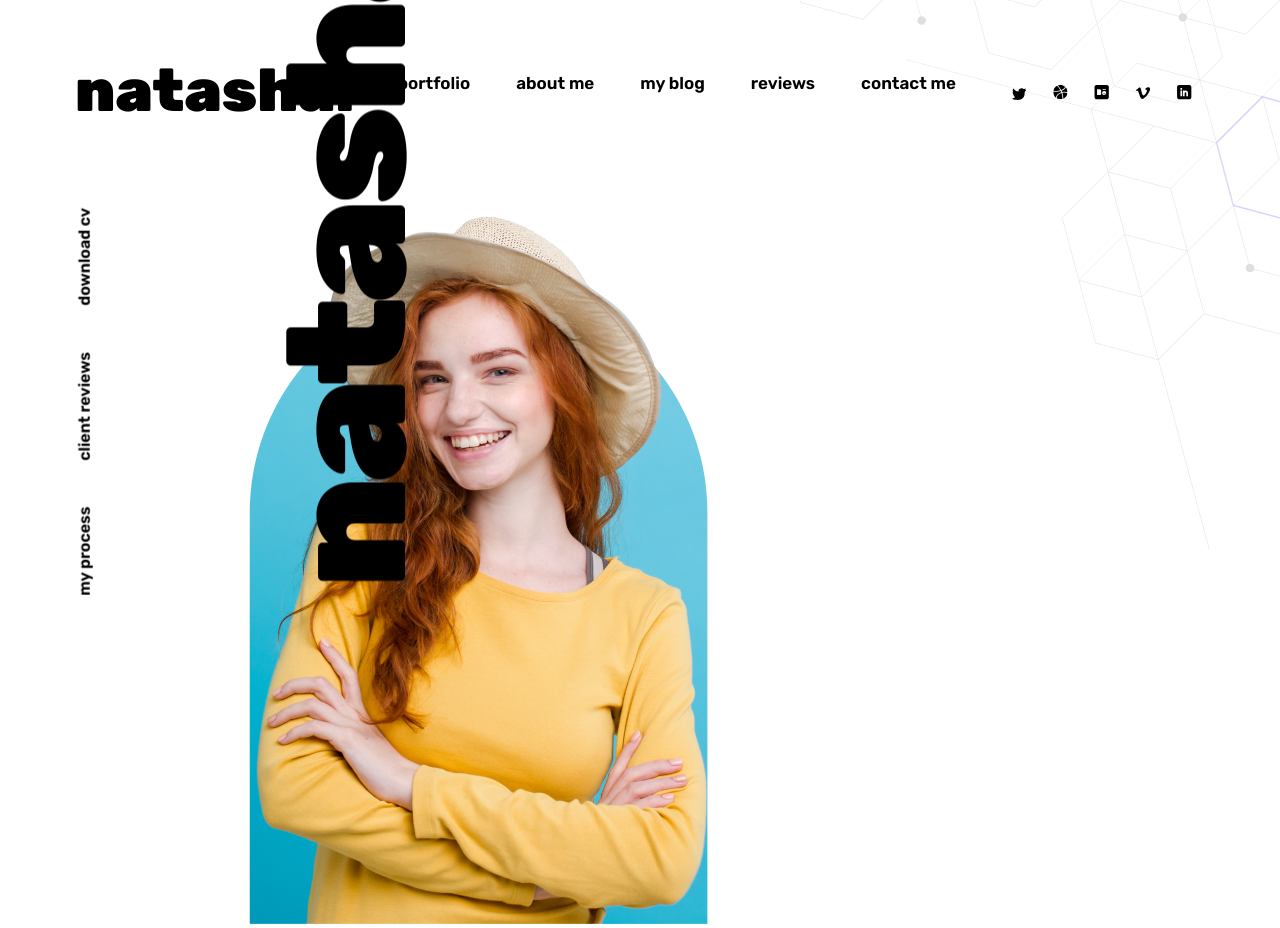
Repository: BuduCE/landing-page
Page: natasha-lp/index.html
An editor plug-in stored every save of this project. The page is shown before and after the next save, followed by the edit.
The browser window is 1280 px wide. The pictures show the whole page.

Above is the page before, as saved 2022-03-04 22:05:23.

### natasha-lp/index.html
<!DOCTYPE html>
<html lang="en">

<head>
    <meta charset="UTF-8">
    <meta http-equiv="X-UA-Compatible" content="IE=edge">
    <meta name="viewport" content="width=device-width, initial-scale=1.0">
    <title>Natasha</title>

    <!--CSS-->
    <link rel="stylesheet" href="./assets/css/style.css">

    <!--Google Font-->
    <link rel="preconnect" href="https://fonts.googleapis.com">
    <link rel="preconnect" href="https://fonts.gstatic.com" crossorigin>
    <link href="https://fonts.googleapis.com/css2?family=Rubik:ital,wght@0,600;0,900;1,400&display=swap" rel="stylesheet">
</head>

<body>
    <!--Navbar menu-->
    <header>
        <div class="logo">
            <h1>natasha.</h1>
        </div>

        <nav class='nav_text'>
            <li><a href="#">portfolio</a></li>
            <li><a href="#">about me</a></li>
            <li><a href="#">my blog</a></li>
            <li><a href="#">reviews</a></li>
            <li><a href="#">contact me</a></li>
        </nav>

        <nav class='nav_icon'>
            <li><a href="">
                <svg width="15" height="12" viewBox="0 0 15 12" fill="none"
                        xmlns="http://www.w3.org/2000/svg">
                        <path
                            d="M5.32379 11.9894C4.70669 11.9894 4.07153 11.9394 3.43255 11.8393C2.30713 11.6627 1.16788 11.074 0.845509 10.8977L0 10.4354L0.915405 10.1344C1.91606 9.80538 2.52477 9.60125 3.27828 9.28159C2.52379 8.91621 1.9423 8.25895 1.66238 7.4093L1.44943 6.76281L1.62406 6.78948C1.45846 6.62258 1.32771 6.45317 1.22635 6.29911C0.865868 5.75159 0.675013 5.08256 0.715623 4.50923L0.755688 3.94494L1.09352 4.07581C0.951007 3.80667 0.848013 3.51925 0.787479 3.21799C0.639956 2.48331 0.763418 1.7028 1.13522 1.02027L1.4295 0.480042L1.82308 0.952771C3.06783 2.44804 4.64442 3.33503 6.51562 3.5947C6.43919 3.06786 6.49646 2.55942 6.68601 2.10367C6.90669 1.57302 7.29929 1.12305 7.82101 0.802307C8.40043 0.446182 9.1031 0.273618 9.79956 0.316405C10.5385 0.361805 11.2094 0.638671 11.7422 1.11761C12.0024 1.04999 12.1941 0.977812 12.4532 0.880261C12.6091 0.821578 12.7859 0.754948 13.0072 0.678736L13.8224 0.397842L13.2908 1.91619C13.3259 1.91325 13.362 1.91075 13.3998 1.90912L14.2703 1.8697L13.7558 2.57292C13.7263 2.6132 13.7188 2.62463 13.7083 2.64042C13.6668 2.70291 13.6152 2.78065 12.909 3.72371C12.7322 3.95986 12.6439 4.26742 12.6603 4.58991C12.7229 5.81539 12.5726 6.92416 12.2132 7.88529C11.8733 8.7946 11.3465 9.57479 10.6478 10.2042C9.78312 10.9829 8.68056 11.516 7.3706 11.7886C6.72803 11.9223 6.03799 11.9894 5.32379 11.9894Z"
                            fill="black" />
                    </svg>
                </a></li>
            <li><a href="">
                <svg width="15" height="15" viewBox="0 0 15 15" fill="none" xmlns="http://www.w3.org/2000/svg">
                <g clip-path="url(#clip0_1_411)">
                <path d="M11.2078 3.20502C11.6444 2.71846 11.8989 2.20904 11.9882 1.68612C10.7537 0.65237 9.16565 0 7.43325 0C6.53875 0 5.68572 0.173109 4.89661 0.475995C6.218 1.7999 7.32307 3.36746 8.18742 5.05957C9.46102 4.59904 10.5225 3.96898 11.2078 3.20502Z" fill="black"/>
                <path d="M11.83 3.76354C11.063 4.61842 9.92291 5.31369 8.56079 5.81897C8.73009 6.19023 8.88567 6.56921 9.0321 6.9531C9.73162 6.80264 10.4566 6.71706 11.196 6.71706C12.3599 6.71706 13.4907 6.91456 14.5334 7.27754C14.5344 7.22975 14.5406 7.18326 14.5406 7.13514C14.5406 5.29463 13.8314 3.6207 12.6795 2.35712C12.5095 2.84683 12.2274 3.32076 11.83 3.76354Z" fill="black"/>
                <path d="M0.433258 5.63324C1.32199 5.79034 2.30664 5.88092 3.25254 5.88092C4.71885 5.88092 6.12734 5.67276 7.38266 5.31522C6.51766 3.65326 5.40562 2.1237 4.07834 0.844543C2.27202 1.81602 0.878333 3.57389 0.433258 5.63324Z" fill="black"/>
                <path d="M14.4613 8.13842C13.4527 7.75878 12.3426 7.55322 11.196 7.55322C10.5532 7.55322 9.92193 7.62062 9.31311 7.74364C9.93119 9.59722 10.2888 11.6007 10.3499 13.6372C12.5243 12.6535 14.1138 10.5815 14.4613 8.13842Z" fill="black"/>
                <path d="M0.270294 7.13516C0.270294 9.33397 1.33018 11.3302 2.9034 12.6348C3.07009 11.5259 3.57003 10.435 4.3843 9.522C5.35284 8.43609 6.69688 7.62292 8.21893 7.15879C8.07729 6.79341 7.92258 6.43522 7.75927 6.08203C6.39922 6.48541 4.86737 6.71709 3.25256 6.71709C2.26464 6.71709 1.23655 6.6227 0.304589 6.45895C0.283468 6.68182 0.270294 6.90697 0.270294 7.13516V7.13516Z" fill="black"/>
                <path d="M5.00854 10.0784C4.18601 11.0008 3.74039 12.0826 3.68323 13.1893C4.77338 13.87 6.05602 14.2703 7.43327 14.2703C8.15738 14.2703 8.85603 14.1601 9.51482 13.9579C9.48281 11.8762 9.13333 9.82941 8.49794 7.94547C7.10708 8.36256 5.88367 9.09713 5.00854 10.0784Z" fill="black"/>
                </g>
                <defs>
                <clipPath id="clip0_1_411">
                <rect width="14.2703" height="14.2703" fill="white" transform="translate(0.270264)"/>
                </clipPath>
                </defs>
                </svg>
                </a></li>
            <li><a href="">
                <svg width="15" height="15" viewBox="0 0 15 15" fill="none" xmlns="http://www.w3.org/2000/svg">
                <path d="M12.6926 0H2.6309C1.47836 0 0.540527 0.937837 0.540527 2.09037V12.1799C0.540527 13.3324 1.47836 14.2703 2.6309 14.2703H12.6926C13.8451 14.2703 14.8108 13.3324 14.8108 12.1799V2.09037C14.8108 0.937837 13.8451 0 12.6926 0ZM8.51181 4.20861H11.8564V5.04476H8.51181V4.20861ZM7.25759 8.38936C7.25759 9.31163 6.50756 10.0617 5.58529 10.0617H3.07684V4.20861H5.58529C6.50756 4.20861 7.25759 4.95864 7.25759 5.88091C7.25759 6.38282 7.03091 6.82844 6.6798 7.13514C7.03091 7.44183 7.25759 7.88745 7.25759 8.38936ZM12.2745 8.38936H9.00131C9.17398 8.87602 9.63909 9.22551 10.1841 9.22551C10.6304 9.22551 11.0468 8.98501 11.2709 8.59796L11.9943 9.0169C11.6217 9.66111 10.9279 10.0617 10.1841 10.0617C9.03157 10.0617 8.09374 9.12382 8.09374 7.97128C8.09374 6.81875 9.03157 5.88091 10.1841 5.88091C11.3366 5.88091 12.2745 6.81875 12.2745 7.97128V8.38936Z" fill="black"/>
                </svg></a></li>
            <li><a href="">
                <svg width="16" height="13" viewBox="0 0 16 13" fill="none" xmlns="http://www.w3.org/2000/svg">
                    <path d="M0.810791 3.15084L1.0048 3.873L1.0195 3.86318C1.41515 3.6005 1.72805 3.39302 2.0796 3.39302C2.39371 3.39302 2.69431 3.5621 2.91815 3.89514C4.13612 5.70587 5.07809 12.0026 7.35725 12.0026C9.60669 12.0026 15.256 5.13731 15.0769 2.03947C14.9879 0.500584 13.8877 0.27063 13.2396 0.27063C11.9917 0.27063 10.7478 1.04274 10.12 2.51945C11.1915 2.34731 11.9507 2.94903 11.8691 4.05103C11.7748 5.30269 9.6792 8.53689 8.70402 8.53689C7.03695 8.53689 6.25698 2.90496 5.69922 1.19536C5.55953 0.76861 5.15561 0.503421 4.64434 0.503421C4.28136 0.503421 3.90563 0.642942 3.58587 0.896678C2.84912 1.48095 2.098 2.08201 1.36899 2.6881L0.810791 3.15084Z" fill="black"/>
                    </svg>
            </a></li>
            <li><a href="">
                <svg width="15" height="15" viewBox="0 0 15 15" fill="none" xmlns="http://www.w3.org/2000/svg">
                    <path d="M12.261 0H2.17143C1.01889 0 0.0810547 0.937837 0.0810547 2.09037V12.1799C0.0810547 13.3324 1.01889 14.2703 2.17143 14.2703H12.261C13.4135 14.2703 14.3513 13.3324 14.3513 12.1799V2.09037C14.3513 0.937837 13.4135 0 12.261 0ZM5.12582 11.3159H3.45352V5.46284H5.12582V11.3159ZM5.12582 4.62669H3.45352V2.95439H5.12582V4.62669ZM10.9789 11.3159H9.30656V7.97128C9.30656 7.51031 8.93138 7.13514 8.47041 7.13514C8.00944 7.13514 7.63426 7.51031 7.63426 7.97128V11.3159H5.96197V5.46284H7.63426V5.77803C8.07237 5.64183 8.35697 5.46284 8.88849 5.46284C10.0226 5.46404 10.9789 6.48146 10.9789 7.68386V11.3159Z" fill="black"/>
                    </svg>
            </a></li>
        </nav>
    </header>

    <nav class="side_nav">
        <li><a href="">my process</a></li>
        <li><a href="">client reviews</a></li>
        <li><a href="">download cv</a></li>
    </nav>

    <main class="container">
        <section>
            <div class="natasha_img">
                <h1>natasha</h1>
                <img src="/natasha-lp/assets/images/natasha.png" alt="">
            </div>
            <div></div>
        </section>
    </main>
</body>

</html>

### natasha-lp/assets/css/style.css
/*Reset*/
* {
    margin: 0;
    padding: 0;
    box-sizing: border-box;
}

body {
    font-family: 'Rubik', sans-serif;
    background: url(/natasha-lp/assets/images/bg.png);
    background-repeat: no-repeat;
    background-position: top right;
    position: relative;
}

a {
    text-decoration: none;
}

li {
    list-style: none;
}

header {
    display: flex;
    justify-content: space-between;
    padding: 4.5rem 4.688rem;
    padding-bottom: 5.875px;
}

.logo {
    font-weight: 900;
    font-size: 1.875rem;
    line-height: 2.375rem;
}

.nav_text,.nav_icon {
    display: flex;
}

.nav_text li {
    padding: 0 1.438rem;
    padding-bottom: 0.438rem;
}

.nav_text li:hover {
    border-bottom: 0.125rem solid #000000;
}

.nav_text li a {
    color: black;
    font-weight: 400;
    font-size: 1.063rem;
    line-height: 1.375rem;
}

.nav_icon li {
    padding: 0.813rem;
}

.container {
    margin-top: 5.875rem;
}

.side_nav {
    position: fixed;
    bottom: 6.313rem;
    left: 0;
    display: flex;
    writing-mode: vertical-rl;
    transform: rotate(180deg);
}

.side_nav li {
    padding: 1.438rem 4.65rem;
}

.side_nav li a {
    color: #000000;
}

.container section {
    margin-left: 15.563rem;
}

.natasha_img {
    position: relative;
}
.natasha_img h1 {
    left: 15.138rem;
    bottom: 8.25rem;
    position: fixed;
    writing-mode: vertical-rl;
    transform: rotate(180deg);
    font-weight: 900;
    font-size: 10.452rem;
    line-height: 13.25rem;
    letter-spacing: -0.4rem;
}

After the next save:
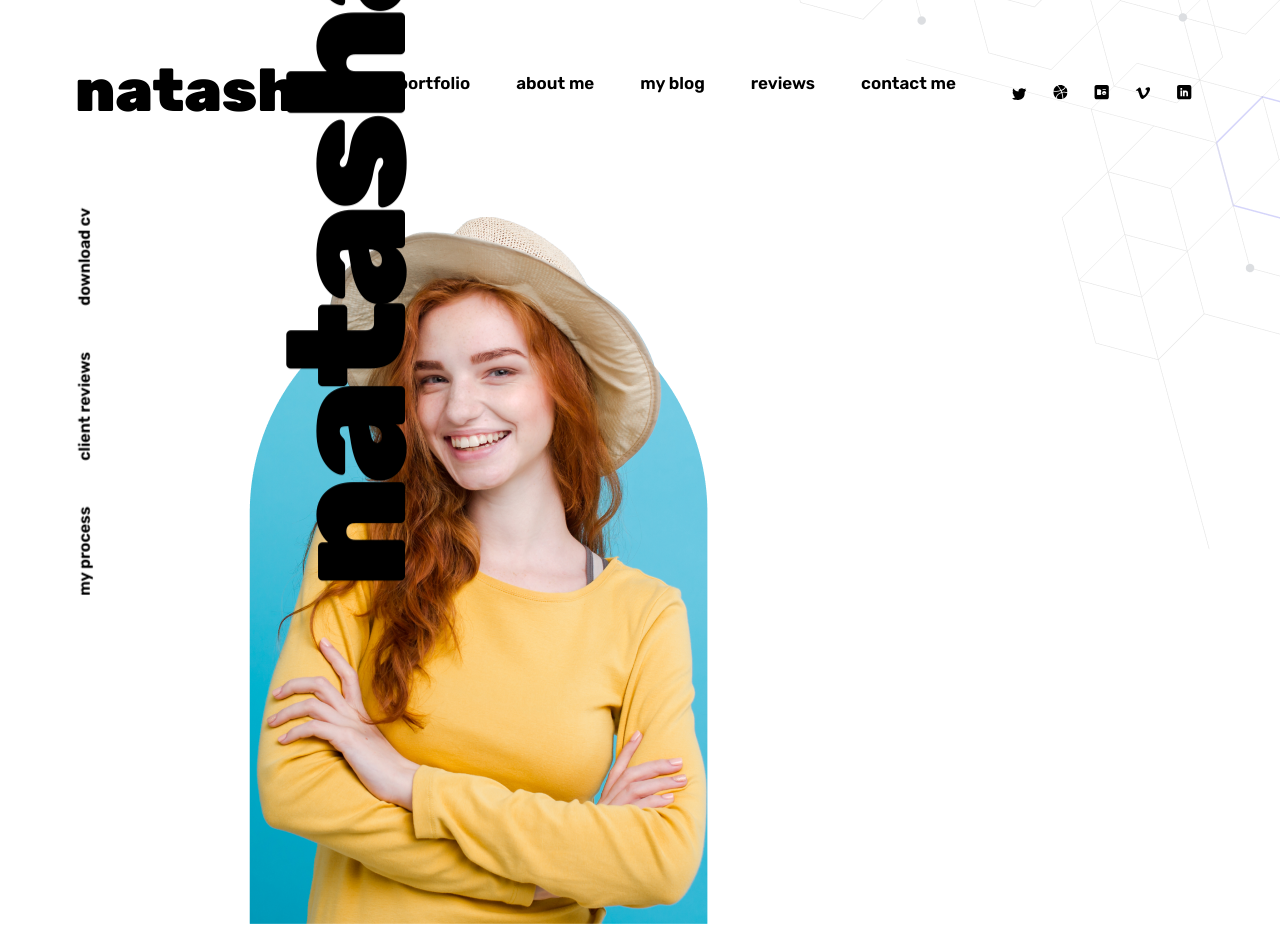
Saved 6 s later.
--- a/natasha-lp/assets/css/style.css
+++ b/natasha-lp/assets/css/style.css
@@ -95,5 +95,5 @@ header {
     font-weight: 900;
     font-size: 10.452rem;
     line-height: 13.25rem;
-    letter-spacing: -0.4rem;
+    letter-spacing: -0.5rem;
 }
